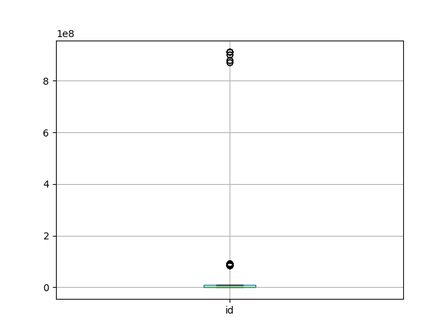
Repository: aminase/biopython
Script's output: python dataVisualization.py
An editor plug-in stored every save of this project. The script's output is shown before and after a run of saves, followed by the edit.
The pictures show rows 0 to 2240 of an output 480 px tall, at 70% of full size.
Each picture stacks the figures in order, with grey between them; figures that are only written to a file come last. The script is stopped after its 8th figure. Random numbers start from a fixed seed.

Above is the script's output before, as saved 2023-05-22 15:07:55.
Error (its wording comes from the project's code and is left out).

### dataVisualization.py
import numpy as np
import pandas as pd
# %matplotlib inline

import matplotlib.pyplot as plt
import seaborn as sns
from sklearn import preprocessing
label_encode = preprocessing.LabelEncoder()
breast_cancer_data = pd.read_csv("./data/data.csv")



                                #  Visualizing benign and malign cases from data.csv

'''labels = label_encode.fit_transform(breast_cancer_data['diagnosis'])
breast_cancer_data['target'] = labels                                       # benign = 0; malign = 1
breast_cancer_data.drop(columns = 'diagnosis', axis =1, inplace=True)

coutOfDiagnosisMB = breast_cancer_data['target'].value_counts()             # counts how much are benign and malign cases
print(coutOfDiagnosisMB)

sns.countplot( x="target", data = breast_cancer_data)
plt.show()'''



# mainInfo = breast_cancer_data.describe()     # info on count, mean, median(50%), std, min, max throughout columns
# print(mainInfo)

# describe = breast_cancer_data.drop(columns='id', axis=1, inplace=True)

for column in breast_cancer_data:
    plt.show()
    breast_cancer_data.boxplot([column])

Loaded but not shown: data/data.csv (common file)

After the next 2 saves:
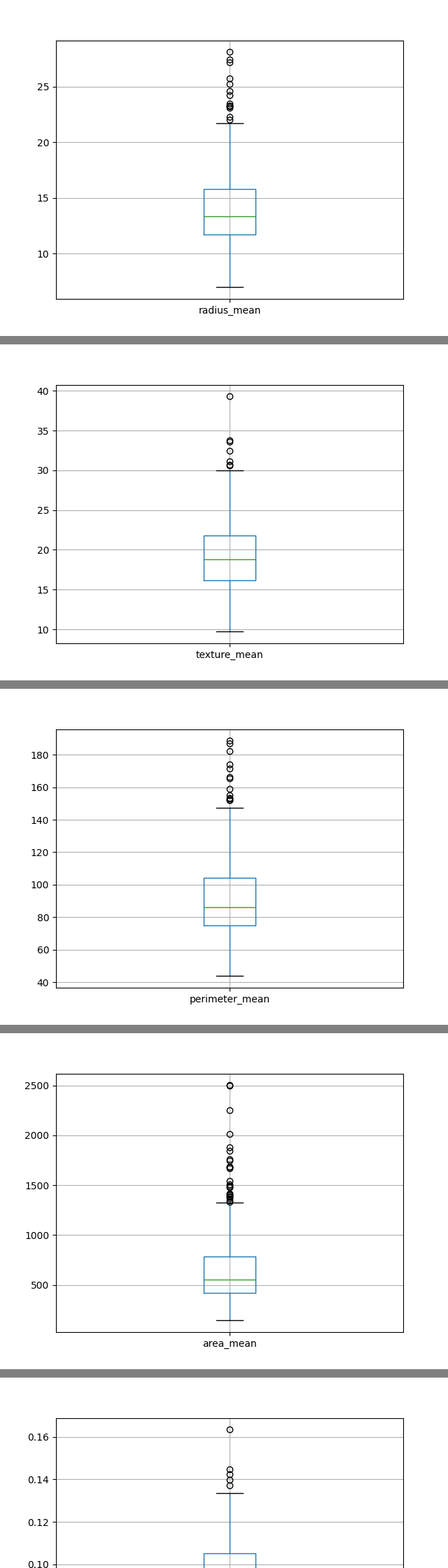
The error is gone.
The 2 saves are shown as one change because 1 did not build or start.
The last was saved 92 s later.
--- a/dataVisualization.py
+++ b/dataVisualization.py
@@ -27,7 +27,10 @@ plt.show()'''
 # mainInfo = breast_cancer_data.describe()     # info on count, mean, median(50%), std, min, max throughout columns
 # print(mainInfo)
 
-# describe = breast_cancer_data.drop(columns='id', axis=1, inplace=True)
+describe = breast_cancer_data.drop(columns='id', axis=1, inplace=True)
+describe = breast_cancer_data.drop(columns='diagnosis', axis=1, inplace=True)
+
+print(describe)
 
 for column in breast_cancer_data:
     plt.show()
